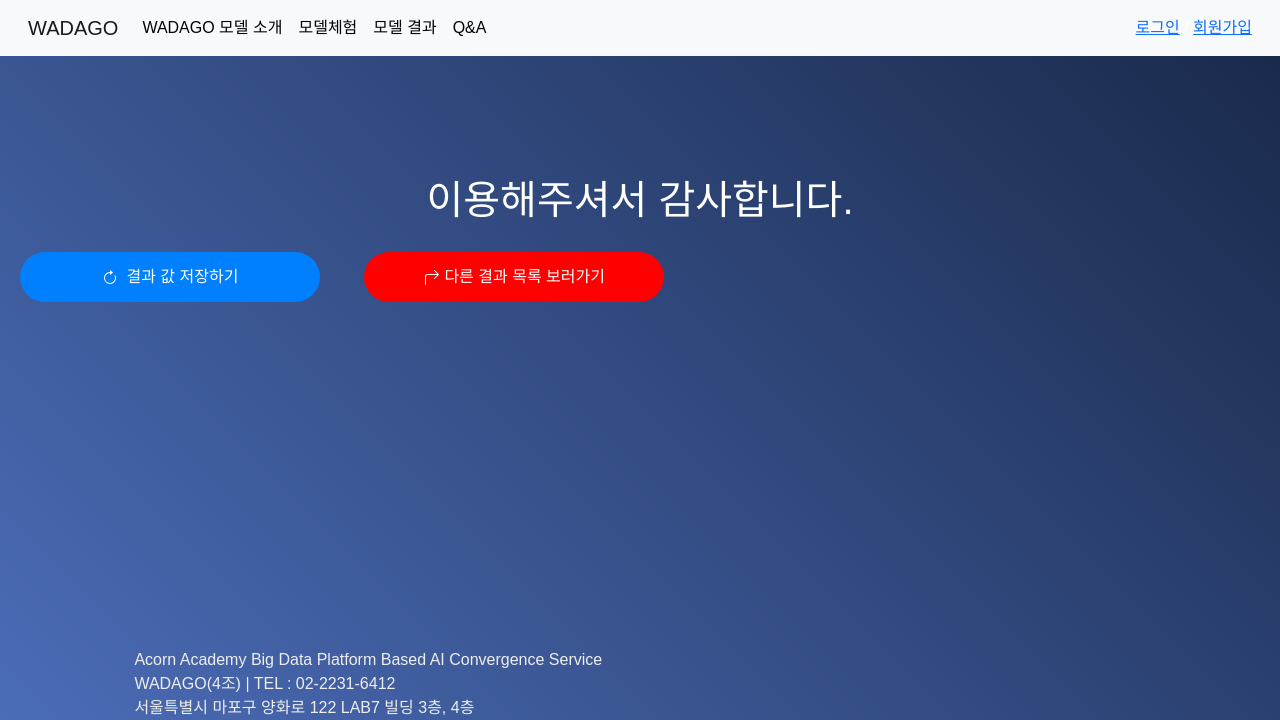
Repository: suchulchoi/Wadago_Project
Page: http://localhost/model/thanks
The author's editor kept a copy of each file at every save. The page is drawn from the files as they stood at one save, then again after the next save.
The browser window is 1280 px wide. The pictures show the whole page.
Some web fonts or font styles are not loaded; a fallback is used. The page is this project's Thymeleaf template; nobody is signed in. The template is opened directly, without the code that normally fills it, so the values that code supplies are empty.

Above is the page before, as saved 2022-07-28 07:38:03.

After the next save:
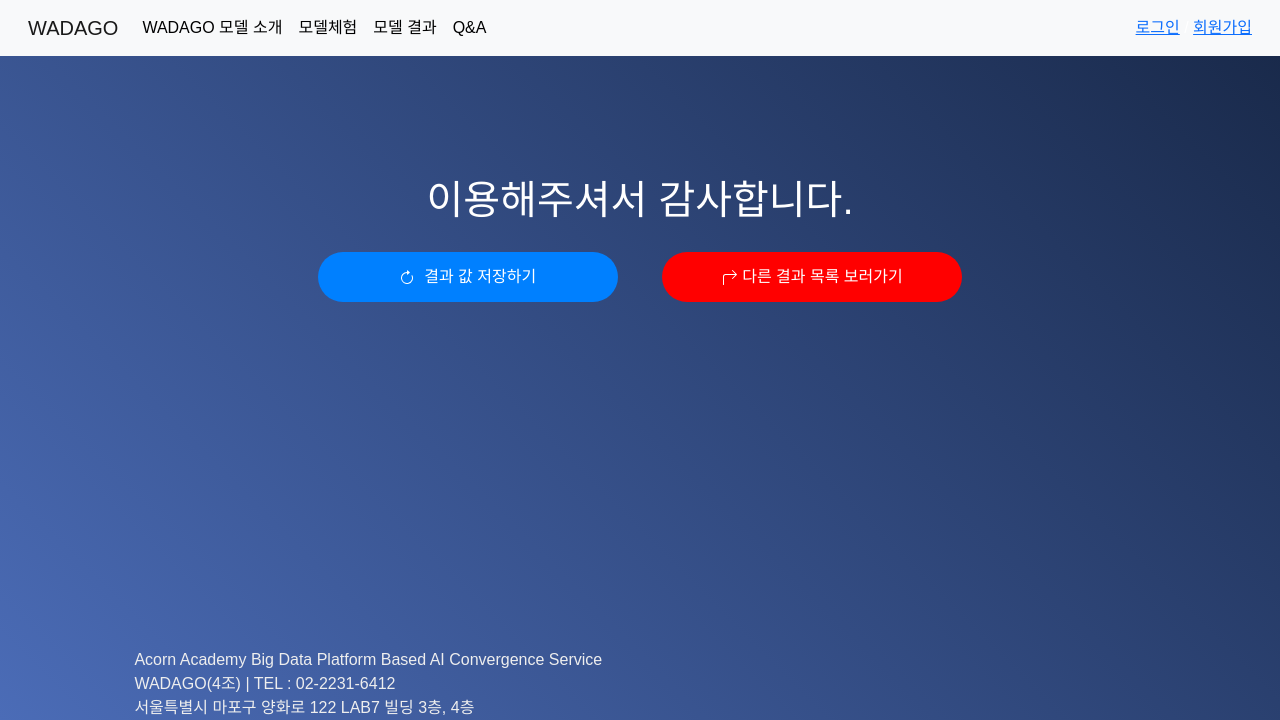
Saved 29 s later.
--- a/wadago_project/src/main/resources/templates/model/thanks.html
+++ b/wadago_project/src/main/resources/templates/model/thanks.html
@@ -23,17 +23,18 @@
 	     	<br><br><br><br><br>
 	     	<center><h1>이용해주셔서 감사합니다.</h1></center>
 	     </div>
-	     <button id="postBtn" class="resultBtn" type="submit">
-						<svg xmlns="http://www.w3.org/2000/svg" width="16" height="16" fill="currentColor" class="bi bi-arrow-clockwise" viewBox="0 0 16 16">
-						  <path fill-rule="evenodd" d="M8 3a5 5 0 1 0 4.546 2.914.5.5 0 0 1 .908-.417A6 6 0 1 1 8 2v1z"/>
-						  <path d="M8 4.466V.534a.25.25 0 0 1 .41-.192l2.36 1.966c.12.1.12.284 0 .384L8.41 4.658A.25.25 0 0 1 8 4.466z"/>
-						</svg>&nbsp; 결과 값 저장하기
+	     <center>
+		     <button id="postBtn" class="resultBtn" type="submit">
+					<svg xmlns="http://www.w3.org/2000/svg" width="16" height="16" fill="currentColor" class="bi bi-arrow-clockwise" viewBox="0 0 16 16">
+					  <path fill-rule="evenodd" d="M8 3a5 5 0 1 0 4.546 2.914.5.5 0 0 1 .908-.417A6 6 0 1 1 8 2v1z"/>
+					  <path d="M8 4.466V.534a.25.25 0 0 1 .41-.192l2.36 1.966c.12.1.12.284 0 .384L8.41 4.658A.25.25 0 0 1 8 4.466z"/>
+					</svg>&nbsp; 결과 값 저장하기
 				</button>
-
 				<button id="postBtn" class="resultBtn" type="submit" style="background-color: red;" onclick="location.href='/model/result/1'">
 						 <svg xmlns="http://www.w3.org/2000/svg" width="16" height="16" fill="currentColor" class="bi bi-arrow-90deg-right" viewBox="0 0 16 16">
 						  <path fill-rule="evenodd" d="M14.854 4.854a.5.5 0 0 0 0-.708l-4-4a.5.5 0 0 0-.708.708L13.293 4H3.5A2.5 2.5 0 0 0 1 6.5v8a.5.5 0 0 0 1 0v-8A1.5 1.5 0 0 1 3.5 5h9.793l-3.147 3.146a.5.5 0 0 0 .708.708l4-4z"/>
 						</svg>&nbsp;다른 결과 목록 보러가기
 				</button>
+	     </center>
      </body>
  </html>
